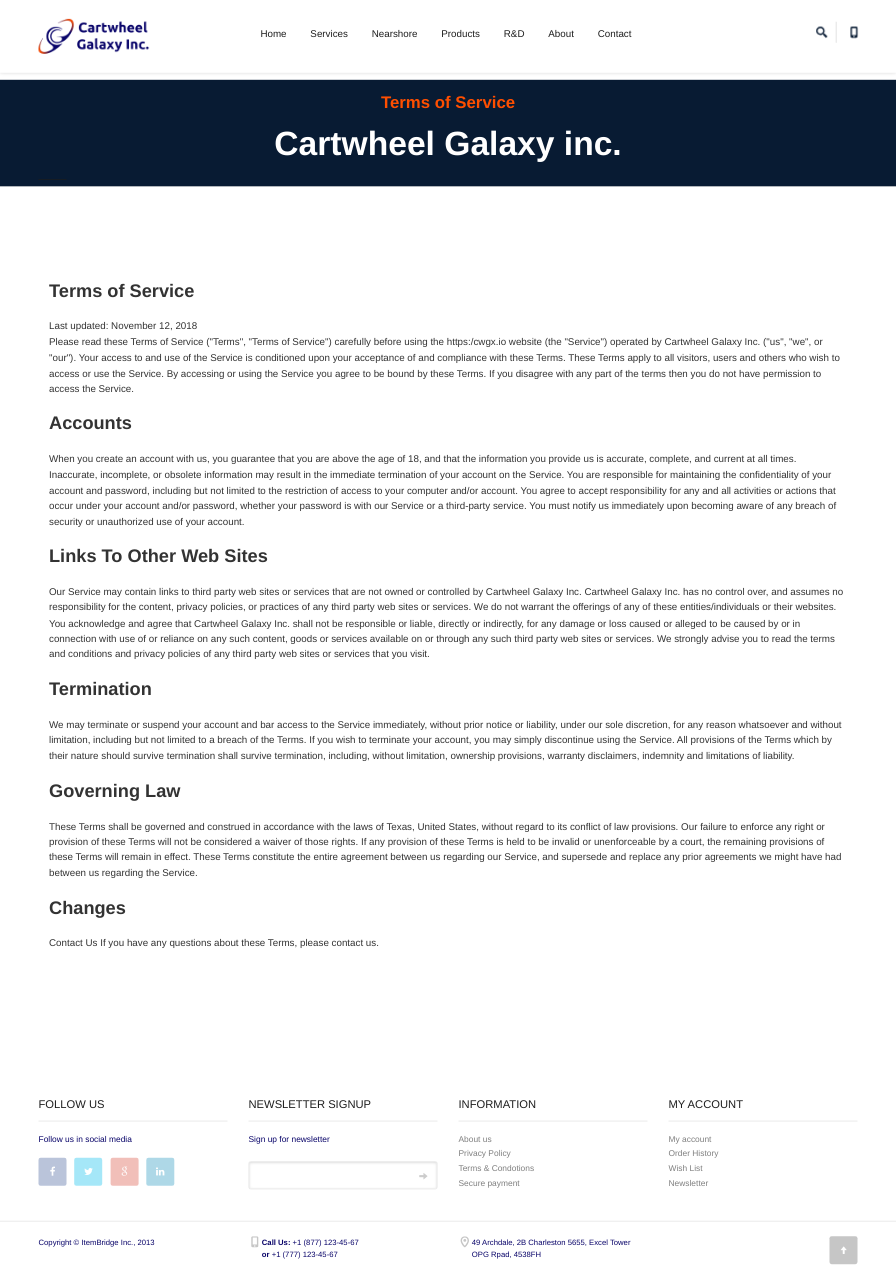
Repository: g-tecio/cwgx.io
Page: terms.html
The author's editor kept a record of every edit. The page is drawn from the files as they stood at one moment, then again after the next edit.
The browser window is 1280 px wide. The pictures show the whole page, at 70% of full size.

Above is the page before.

After the next edit:
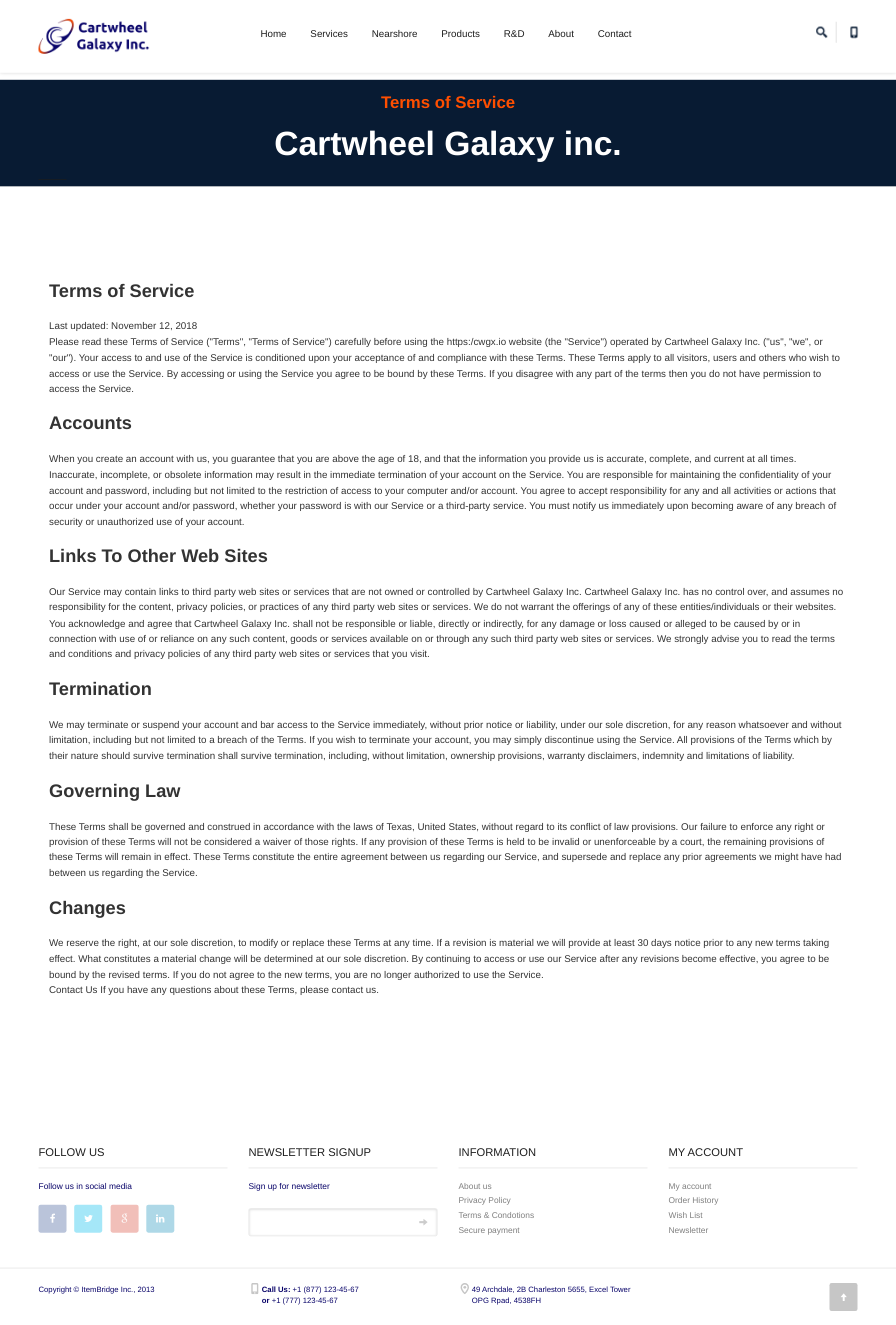
The edit:
--- a/terms.html
+++ b/terms.html
@@ -206,6 +206,8 @@
 </p>
 <h4>Changes</h4>
 <p>
+We reserve the right, at our sole discretion, to modify or replace these Terms at any time. If a revision is material we will provide at least 30 days notice prior to any new terms taking effect. What constitutes a material change will be determined at our sole discretion.
+By continuing to access or use our Service after any revisions become effective, you agree to be bound by the revised terms. If you do not agree to the new terms, you are no longer authorized to use the Service.
 
 </p>
 
